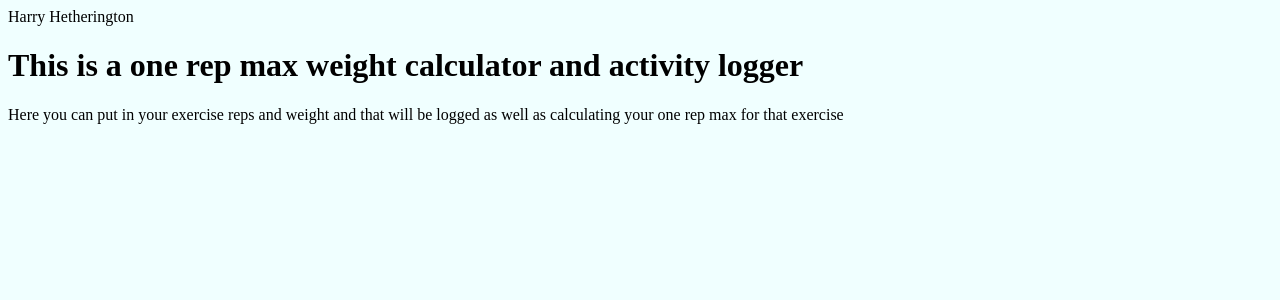
Repository: Harryraife/AcademyQAProject
Page: weightcalcapp/application/templates/home.html
An editor plug-in stored every save of this project. The page is shown before and after the next save, followed by the edit.
The browser window is 1280 px wide. The pictures show the whole page.

Above is the page before, as saved 2022-08-02 11:39:12.

After the next save:
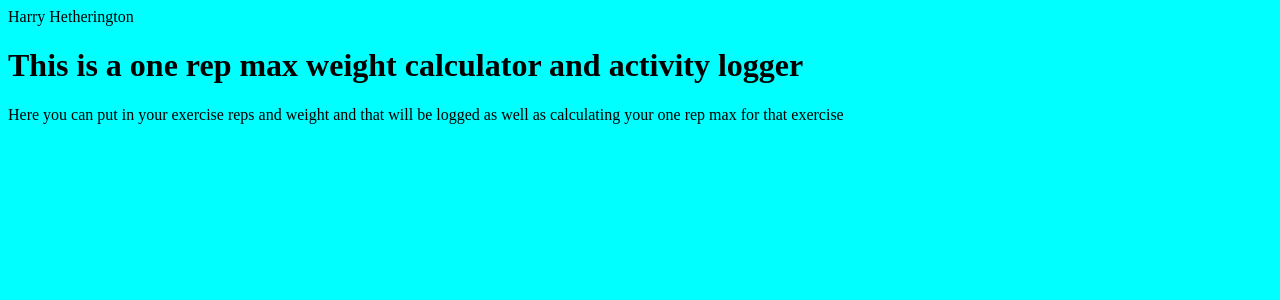
Saved 2 h 15 min later.
--- a/weightcalcapp/application/templates/home.html
+++ b/weightcalcapp/application/templates/home.html
@@ -3,7 +3,7 @@
         <title>One rep max Calculator</title>
         <meta author>Harry Hetherington<meta>
     </head>
-    <body style="background-color:azure; font-family:'Times New Roman', Times, serif;">
+    <body style="background-color:aqua; font-family:'Times New Roman', Times, serif;">
         <h1>This is a one rep max weight calculator and activity logger</h1>
         <p>Here you can put in your exercise reps and weight and that will be logged as well as calculating your one rep max for that exercise</p>
     </body>
